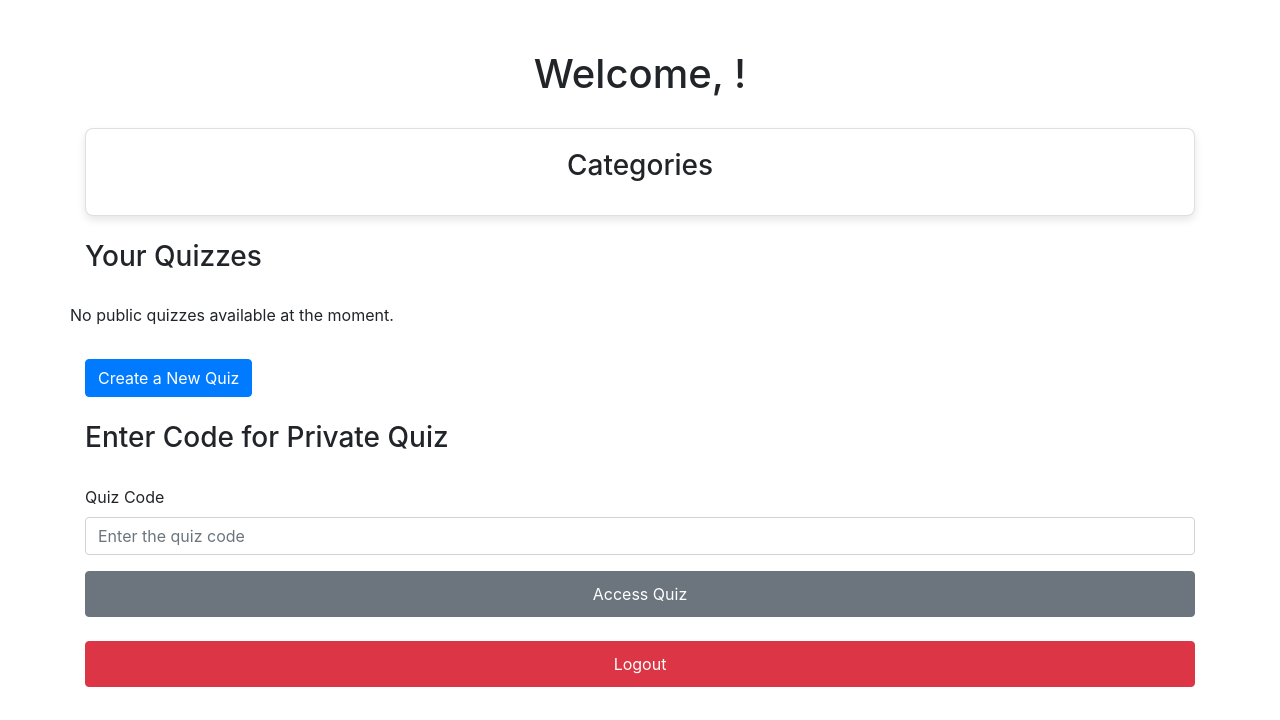
Repository: IlyessMou/Group
Page: http://localhost/quizzapp/WEB-INF/home.jsp
An editor plug-in stored every save of this project. The page is shown before and after the next save, followed by the edit.
The browser window is 1280 px wide. The pictures show the whole page.
Some web libraries are served in a nearby version. The page is served by Tomcat 10. Nobody is signed in. Other server files are loaded and not shown. The template is opened directly, without the code that normally fills it, so the values that code supplies are empty.

Above is the page before, as saved 2024-12-04 03:41:15.

### quizzapp/src/main/webapp/WEB-INF/home.jsp
<%@ page language="java" contentType="text/html; charset=UTF-8" pageEncoding="UTF-8"%>
<%@ taglib prefix="c" uri="http://java.sun.com/jsp/jstl/core" %>

<!DOCTYPE html>
<html lang="en">
<head>
    <meta charset="UTF-8">
    <meta name="viewport" content="width=device-width, initial-scale=1.0">
    <title>Home</title>
    <link rel="stylesheet" href="https://stackpath.bootstrapcdn.com/bootstrap/4.5.2/css/bootstrap.min.css">
    <style>
        /* Container for the entire page */
        .container {
            margin-top: 50px;
        }

        /* Card Styling */
        .card {
            margin: 20px 0;
            border-radius: 8px;
            box-shadow: 0 4px 8px rgba(0, 0, 0, 0.1);
        }

        /* Categories Carousel */
        .carousel-inner {
            display: flex;
            padding-right: 0;
        }

        .carousel-item img {
            width: 100%;
            height: 300px; /* Set a height for the images */
            object-fit: cover;
            border-radius: 8px;
        }

        .category-title {
            text-align: center;
            color: white;
            position: absolute;
            bottom: 10px;
            left: 50%;
            transform: translateX(-50%);
            background-color: rgba(0, 0, 0, 0.5);
            width: 100%;
            padding: 10px;
            border-radius: 8px;
        }

        /* Card image container */
        .category-card {
            position: relative;
            width: 100%;
            height: 350px;
            overflow: hidden;
        }

        /* Title Section */
        .section-title {
            margin-bottom: 30px;
        }

        /* Buttons */
        .btn-custom {
            width: 100%;
            padding: 10px;
        }

        /* Quizzes Section */
        .quiz-card {
            margin: 10px 0;
        }

        /* Responsive adjustments */
        @media (max-width: 767px) {
            .carousel-item img {
                height: 250px;
            }

            .carousel-inner {
                flex-direction: column;
                padding-right: 0;
            }

            .section-title {
                font-size: 1.5rem;
            }

            .quiz-card {
                margin-bottom: 20px;
            }
        }
    </style>
</head>
<body>
    <div class="container">
        <h1 class="text-center section-title">Welcome, ${user.username}!</h1>

        <!-- Categories Slider -->
        <div class="card mx-auto" style="max-width: 1200px;">
            <div class="card-body">
                <h3 class="card-title text-center">Categories</h3>
                <div id="categoryCarousel" class="carousel slide" data-ride="carousel">
                    <div class="carousel-inner">
                        <c:forEach var="category" items="${categories}" varStatus="status">
                            <div class="carousel-item ${status.index == 0 ? 'active' : ''}">
                                <div class="category-card">
                                    <img src="${category.image}" class="d-block w-100" alt="${category.name}">
                                    <div class="category-title">
                                        <h5>${category.name}</h5>
                                    </div>
                                </div>
                            </div>
                        </c:forEach>
                    </div>
                    <a class="carousel-control-prev" href="#categoryCarousel" role="button" data-slide="prev">
                        <span class="carousel-control-prev-icon" aria-hidden="true"></span>
                        <span class="sr-only">Previous</span>
                    </a>
                    <a class="carousel-control-next" href="#categoryCarousel" role="button" data-slide="next">
                        <span class="carousel-control-next-icon" aria-hidden="true"></span>
                        <span class="sr-only">Next</span>
                    </a>
                </div>
            </div>
        </div>

        <!-- Quizzes Section -->
        <div class="mt-4">
            <h3 class="section-title">Your Quizzes</h3>
            <div class="row">
                <c:if test="${empty quizzes}">
                    <p>No public quizzes available at the moment.</p>
                </c:if>

                <c:forEach var="quiz" items="${quizzes}">
                    <div class="col-md-4 quiz-card">
                        <div class="card">
                            <div class="card-body">
                                <h5 class="card-title">${quiz.title}</h5>
                                <a href="/quiz/${quiz.id}" class="btn btn-primary btn-custom">Take Quiz</a>
                            </div>
                        </div>
                    </div>
                </c:forEach>
            </div>
            <a href="/quiz/create" class="btn btn-primary mt-3">Create a New Quiz</a>
        </div>

        <!-- Private Quiz Access -->
        <div class="mt-4">
            <h3 class="section-title">Enter Code for Private Quiz</h3>
            <form action="/quiz/access" method="get">
                <div class="form-group">
                    <label for="quizCode">Quiz Code</label>
                    <input type="text" class="form-control" id="quizCode" name="code" placeholder="Enter the quiz code" required />
                </div>
                <button type="submit" class="btn btn-secondary btn-custom">Access Quiz</button>
            </form>
        </div>

        <!-- Logout Button -->
        <a href="/logout" class="btn btn-danger mt-4 btn-custom">Logout</a>
    </div>

    <!-- Scripts -->
    <script src="https://code.jquery.com/jquery-3.5.1.slim.min.js"></script>
    <script src="https://cdn.jsdelivr.net/npm/@popperjs/core@2.5.3/dist/umd/popper.min.js"></script>
    <script src="https://stackpath.bootstrapcdn.com/bootstrap/4.5.2/js/bootstrap.min.js"></script>
</body>
</html>

After the next save:
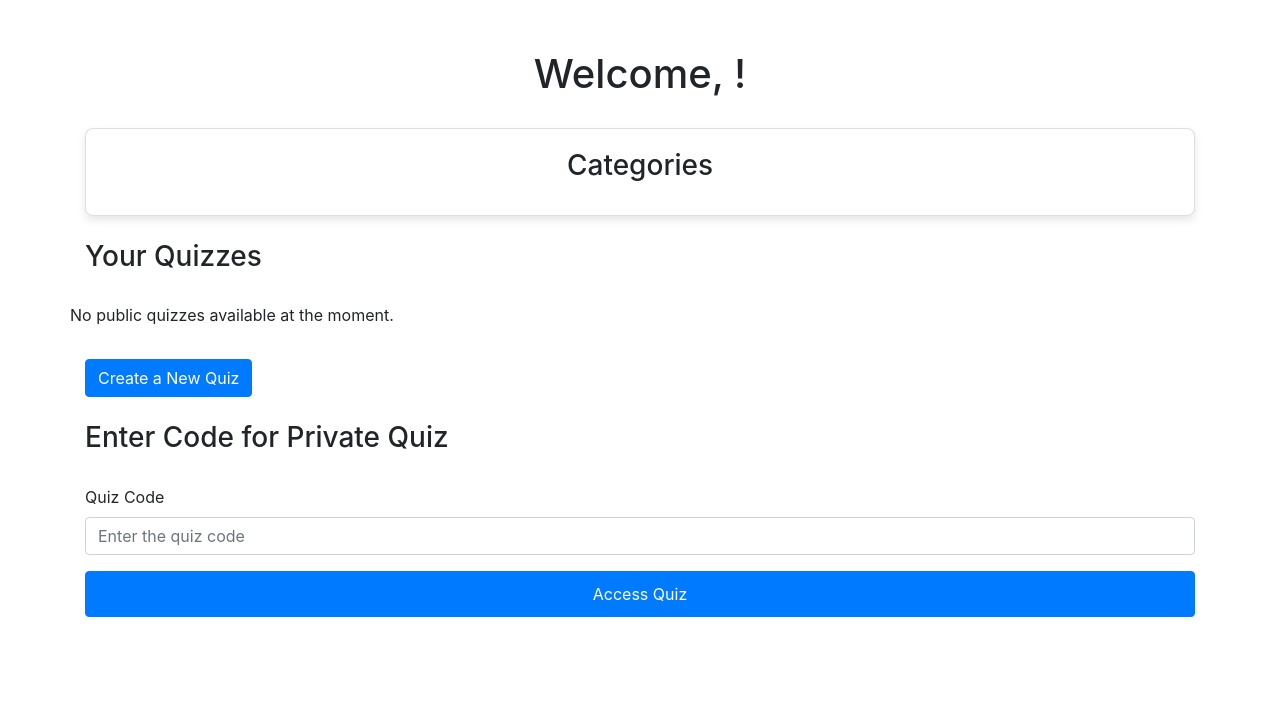
Saved 119 s later.
--- a/quizzapp/src/main/webapp/WEB-INF/home.jsp
+++ b/quizzapp/src/main/webapp/WEB-INF/home.jsp
@@ -24,12 +24,19 @@
         /* Categories Carousel */
         .carousel-inner {
             display: flex;
+            justify-content: center; /* Centering the items */
             padding-right: 0;
         }
 
+        .carousel-item {
+            display: flex;
+            justify-content: center; /* Center the carousel items */
+        }
+
         .carousel-item img {
-            width: 100%;
-            height: 300px; /* Set a height for the images */
+            width: 80%;  /* Adjust width of category image */
+            max-width: 300px;  /* Max width for category card images */
+            height: 300px; /* Set a fixed height */
             object-fit: cover;
             border-radius: 8px;
         }
@@ -50,9 +57,15 @@
         /* Card image container */
         .category-card {
             position: relative;
-            width: 100%;
+            width: 250px;  /* Reduced width */
             height: 350px;
             overflow: hidden;
+            margin: 0 10px; /* Space between category cards */
+        }
+
+        .carousel-control-prev,
+        .carousel-control-next {
+            background-color: rgba(0, 0, 0, 0.5); /* Optional, for better visibility */
         }
 
         /* Title Section */
@@ -75,11 +88,15 @@
         @media (max-width: 767px) {
             .carousel-item img {
                 height: 250px;
+                width: 100%;
+            }
+
+            .category-card {
+                width: 200px; /* Smaller width on mobile */
             }
 
             .carousel-inner {
                 flex-direction: column;
-                padding-right: 0;
             }
 
             .section-title {
@@ -153,19 +170,15 @@
             <form action="/quiz/access" method="get">
                 <div class="form-group">
                     <label for="quizCode">Quiz Code</label>
-                    <input type="text" class="form-control" id="quizCode" name="code" placeholder="Enter the quiz code" required />
+                    <input type="text" class="form-control" id="quizCode" name="code" placeholder="Enter the quiz code" required>
                 </div>
-                <button type="submit" class="btn btn-secondary btn-custom">Access Quiz</button>
+                <button type="submit" class="btn btn-primary btn-custom">Access Quiz</button>
             </form>
         </div>
-
-        <!-- Logout Button -->
-        <a href="/logout" class="btn btn-danger mt-4 btn-custom">Logout</a>
     </div>
 
-    <!-- Scripts -->
     <script src="https://code.jquery.com/jquery-3.5.1.slim.min.js"></script>
-    <script src="https://cdn.jsdelivr.net/npm/@popperjs/core@2.5.3/dist/umd/popper.min.js"></script>
+    <script src="https://cdn.jsdelivr.net/npm/@popperjs/core@2.5.2/dist/umd/popper.min.js"></script>
     <script src="https://stackpath.bootstrapcdn.com/bootstrap/4.5.2/js/bootstrap.min.js"></script>
 </body>
 </html>
